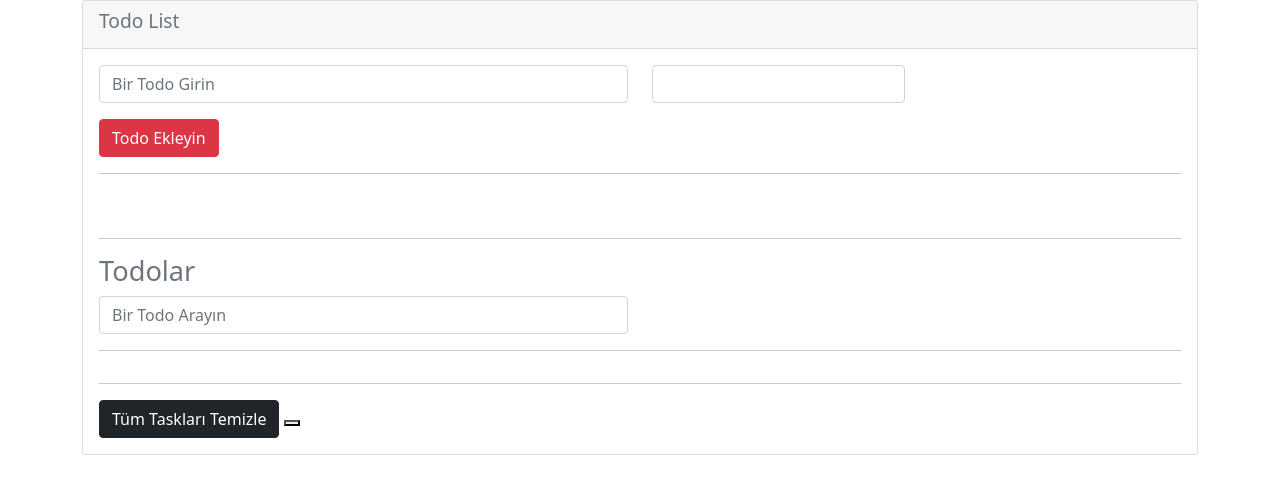
Repository: MammadovKamran/TodoList
Page: Todo List/todoList.html
These files come from the project's save history. The page is drawn as it stood at one moment and after the next save; the edit follows.
The browser window is 1280 px wide. The pictures show the whole page.
Some web libraries are served in a nearby version.

Above is the page before, as saved 2021-11-25 16:05:39.

After the next save:
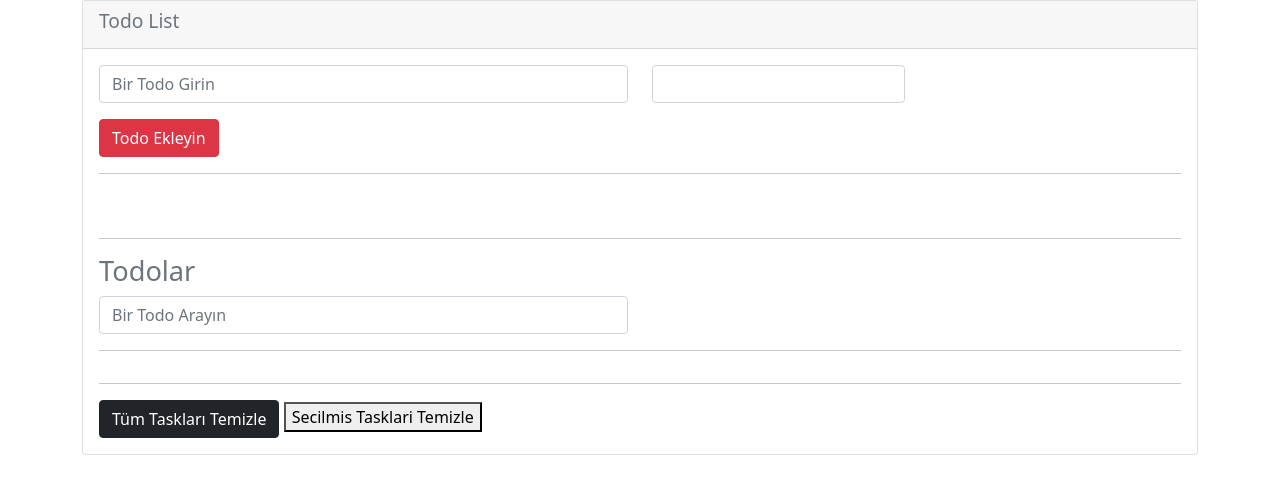
Saved 9 s later.
--- a/Todo List/todoList.html
+++ b/Todo List/todoList.html
@@ -84,7 +84,7 @@
         <button class="btn btn-dark" id="clear-todos">
           Tüm Taskları Temizle
         </button>
-        <button></button>
+        <button>Secilmis Tasklari Temizle</button>
       </div>
   </div>
   <script src="./app.js"></script>
